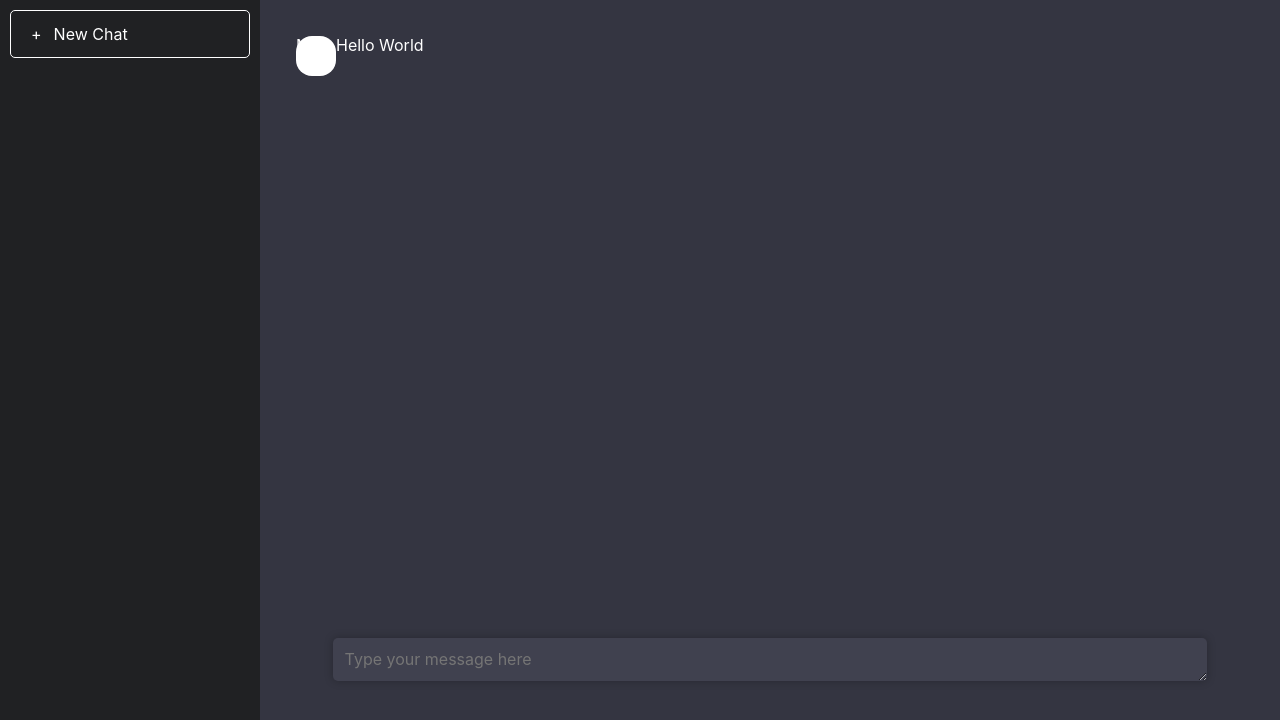
Repository: lancenigel/ChatGPT-Clone
Page: / (app in client/)
An editor plug-in stored every save of this project. The page is shown before and after the next save, followed by the edit.
The browser window is 1280 px wide. The pictures show the whole page.
The project was rebuilt for these pictures with package versions that can differ from the ones it lists, and the page was loaded fresh each time.

Above is the page before, as saved 2024-02-04 00:38:41.

### client/src/App.js
import logo from "./logo.svg";
import "./App.css";
import "./normalize.css";

function App() {
  return (
    <div className="App">
      <aside className="sidemenu">
        <div className="sidemenu-button">
          <span className="sidemenu-button-span">+</span>
          New Chat
        </div>
      </aside>
      <section className="chatbox">
        <div className="chat-log">
          <div className="chat-message">
            <div className="avatar">Me</div>
            <div className="message">Hello World</div>
          </div>
        </div>

        <div className="chat-input-holder">
          <textarea
            rows="1"
            className="chat-input-textarea"
            placeholder="Type your message here"
          ></textarea>
        </div>
      </section>
    </div>
  );
}

export default App;

### client/src/App.css
.App {
  text-align: center;
  display: flex;
  background-color: #282c34;
  color: white;
  position: absolute;
  top:0;bottom:0;right:0;left:0;
}

.chatbox {
  flex: 1;
  background-color: #343541;
  position:relative;
}

.chat-log{
  padding: 24px;
  text-align: left;
  display: flex;
}

.chat-message{
  padding: 12px;
  display: flex;
  padding: left 40px right 40px;
}

.avatar{
  background: white;
  border-radius: 40%;
  width: 40px;
  height: 40px;
}

.message{


}


.chat-input-holder {
  padding: 24px;
  position: absolute;
  bottom:0;
  left:0; right:0;
}

.chat-input-textarea{
  background-color: #40414f;
  width: 90%;
  border-radius: 5px;
  padding: 12px;
  color:white;
  border: none;
  margin: 12px;
  outline: none;
  box-shadow: 0 0px 8px 0 rgb(0,0,0, 0.25);
}

.sidemenu {
  width: 260px;
  padding: 10px;
  background-color: #202123;
}

.sidemenu-button {
  border: 1px solid white;
  padding: 14px;
  border-radius: 5px;
  text-align: left;
  transition: ease 0.2s all;
}

.sidemenu-button:hover {
  background-color: rgb(255, 255, 255, 0.1);
}

.sidemenu-button-span{
  padding-left: 6px;
  padding-right: 12px;
}

.App-logo {
  height: 40vmin;
  pointer-events: none;
}

@media (prefers-reduced-motion: no-preference) {
  .App-logo {
    animation: App-logo-spin infinite 20s linear;
  }
}

.App-header {
  background-color: #282c34;
  min-height: 100vh;
  display: flex;
  flex-direction: column;
  align-items: center;
  justify-content: center;
  font-size: calc(10px + 2vmin);
  color: white;
}

.App-link {
  color: #61dafb;
}


@keyframes App-logo-spin {
  from {
    transform: rotate(0deg);
  }
  to {
    transform: rotate(360deg);
  }
}

Loaded but not shown: client/public/index.html (common file); client/src/index.js (common file); client/src/index.css (common file); client/src/reportWebVitals.js (common file); client/src/normalize.css (library)

After the next save:
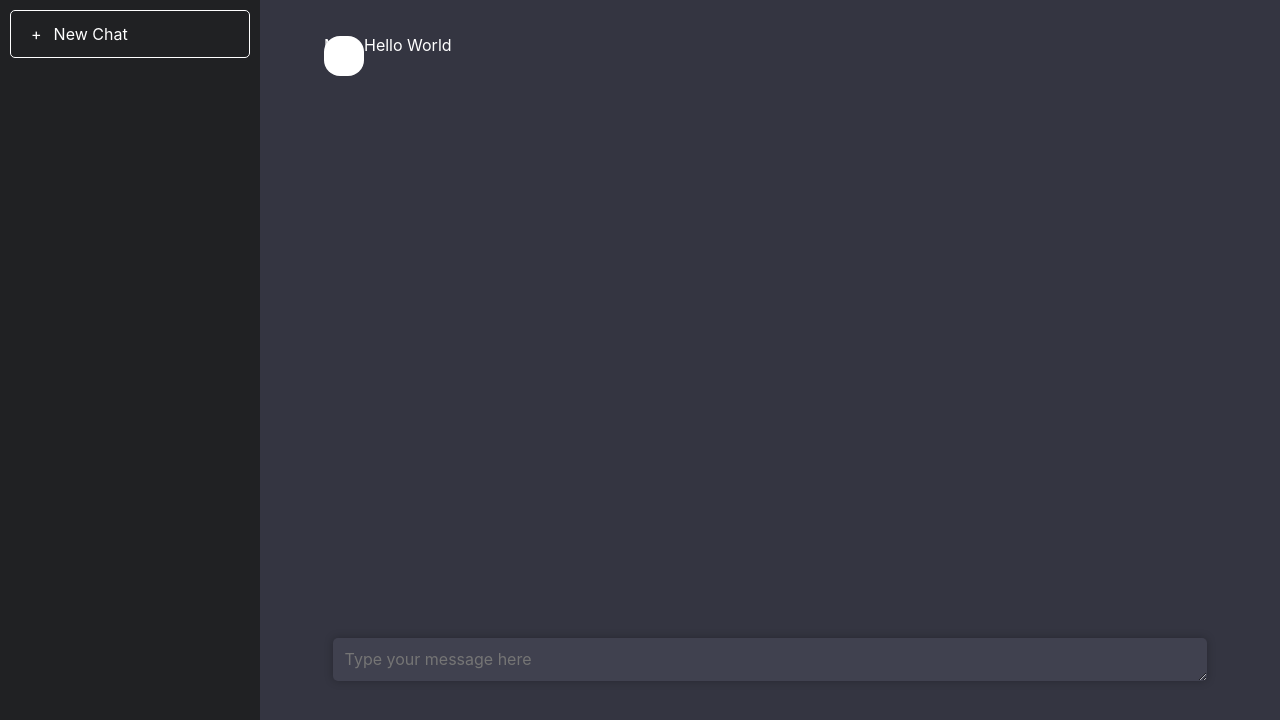
Saved 21 s later.
--- a/client/src/App.css
+++ b/client/src/App.css
@@ -22,7 +22,8 @@
 .chat-message{
   padding: 12px;
   display: flex;
-  padding: left 40px right 40px;
+  padding-left: 40px;
+  padding-right: 40px;
 }
 
 .avatar{
